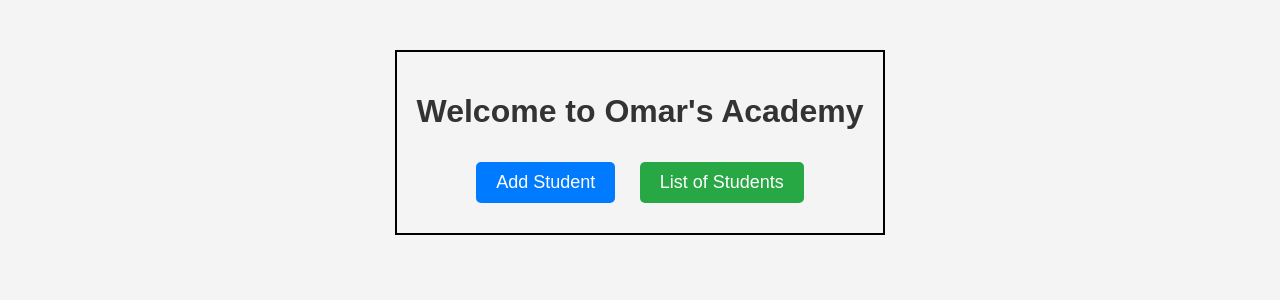
Repository: OmarFaruq97/JspServlet
Page: http://localhost/Form/
These files come from the project's save history. The page is drawn as it stood at one moment and after the next save; the edit follows.
The browser window is 1280 px wide. The pictures show the whole page.
The pointer rests on the first visible `.container`.
The page is served by Tomcat 9.

Above is the page before, as saved 2025-02-07 10:04:51.

After the next save:
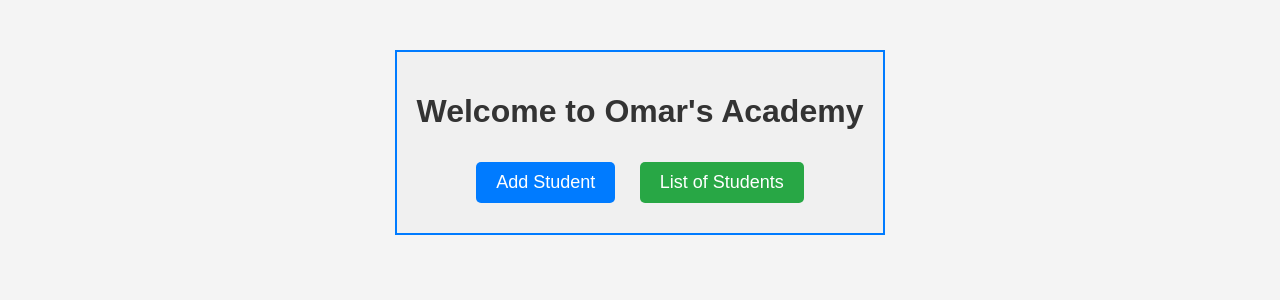
Saved 33 s later.
--- a/Form/src/main/webapp/index.jsp
+++ b/Form/src/main/webapp/index.jsp
@@ -20,6 +20,11 @@
     display: inline-block;
      transition: all 0.3s ease;
 }
+.container:hover {
+    background-color: #f0f0f0; /* Change the background color on hover */
+    border-color: #007BFF; /* Change the border color on hover */
+}
+
 
 h1 {
     color: #333;
